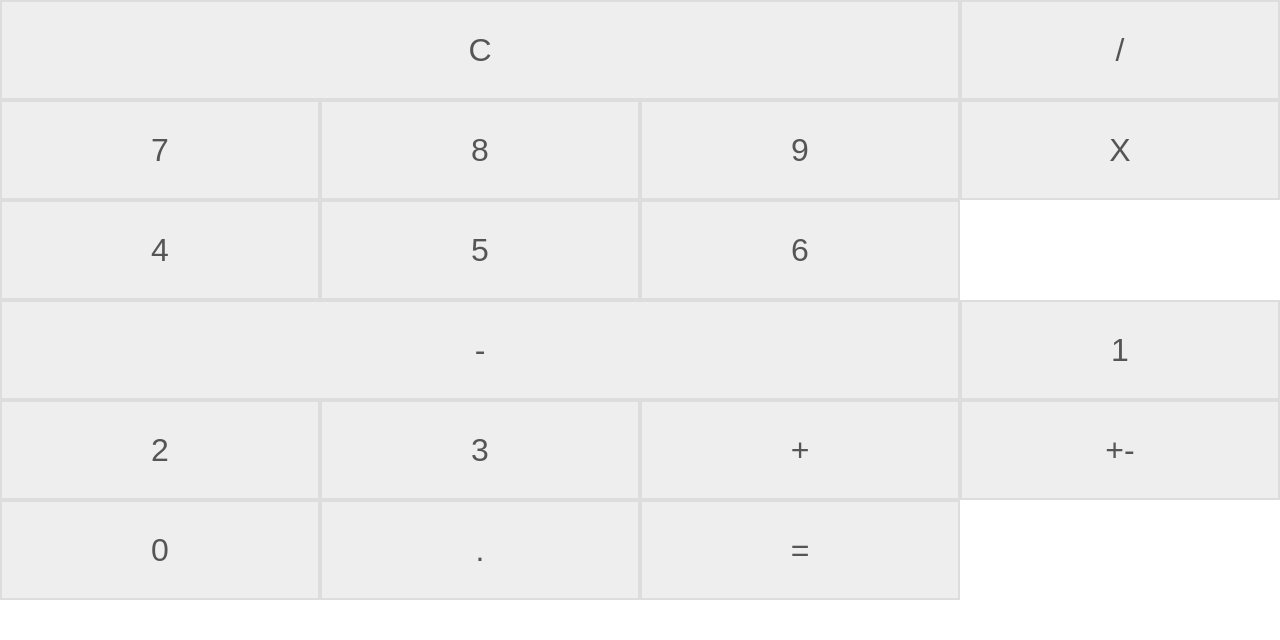
Repository: aaronmatei/react-calc
Page: /
The author's editor kept a copy of each file at every save. The page is drawn from the files as they stood at one save, then again after the next save.
The browser window is 1280 px wide. The pictures show the whole page.
The project was rebuilt for these pictures with package versions that can differ from the ones it lists, and the page was loaded fresh each time.

Above is the page before, as saved 2019-12-13 10:57:16.

After the next save:
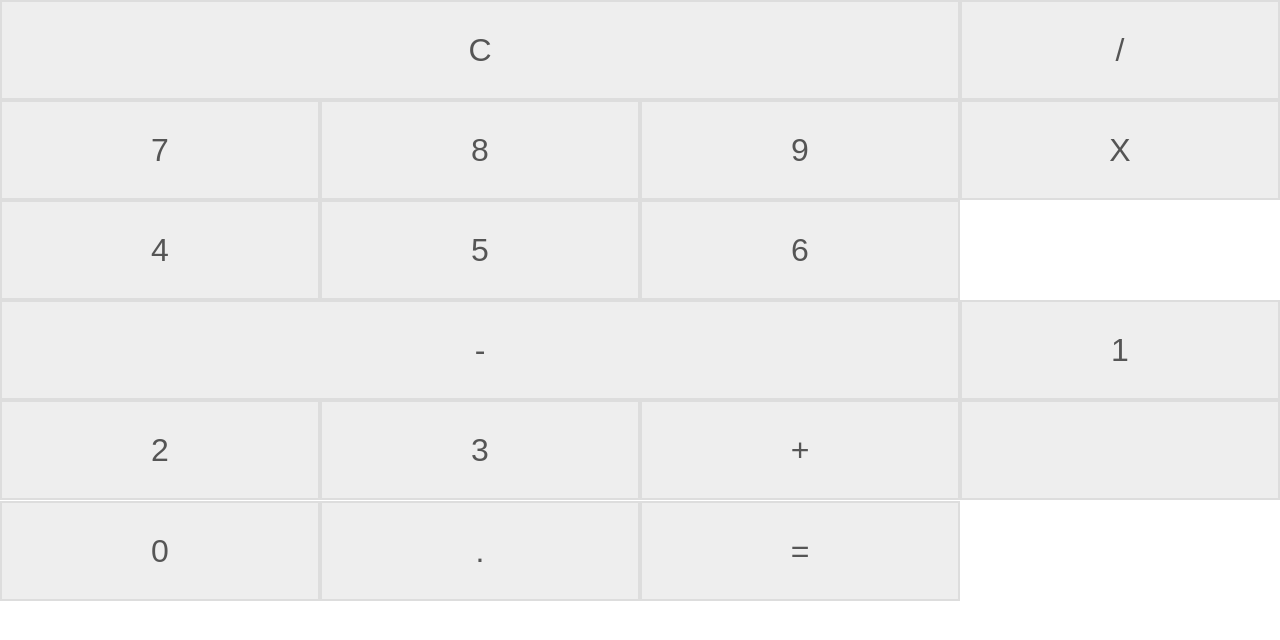
Saved 50 s later.
--- a/src/App.js
+++ b/src/App.js
@@ -31,7 +31,7 @@ class App extends Component {
 			{ symbol: "2", cols: 1, action: this.addToCurrent },
 			{ symbol: "3", cols: 1, action: this.addToCurrent },
 			{ symbol: "+", cols: 1, action: this.addToCurrent },
-			{ symbol: "+-", cols: 1, action: this.addToCurrent },
+			{ symbol: "", cols: 1, action: this.addToCurrent },
 			{ symbol: "0", cols: 1, action: this.addToCurrent },
 			{ symbol: ".", cols: 1, action: this.addToCurrent },
 			{ symbol: "=", cols: 1, action: this.addToCurrent },
